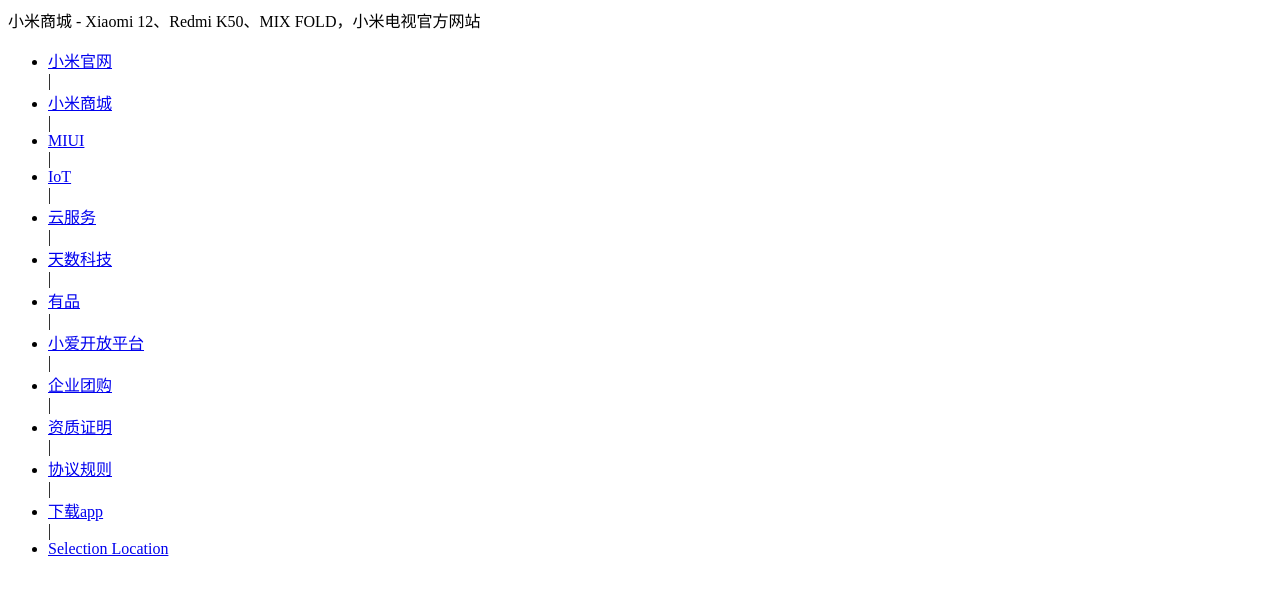
Repository: MonoYan/Mi-Homepage
Page: index.html
The author's editor kept a copy of each file at every save. The page is drawn from the files as they stood at one save, then again after a run of saves.
The browser window is 1280 px wide. The pictures show the whole page.

Above is the page before, as saved 2022-11-22 16:18:10.

After the next 2 saves:
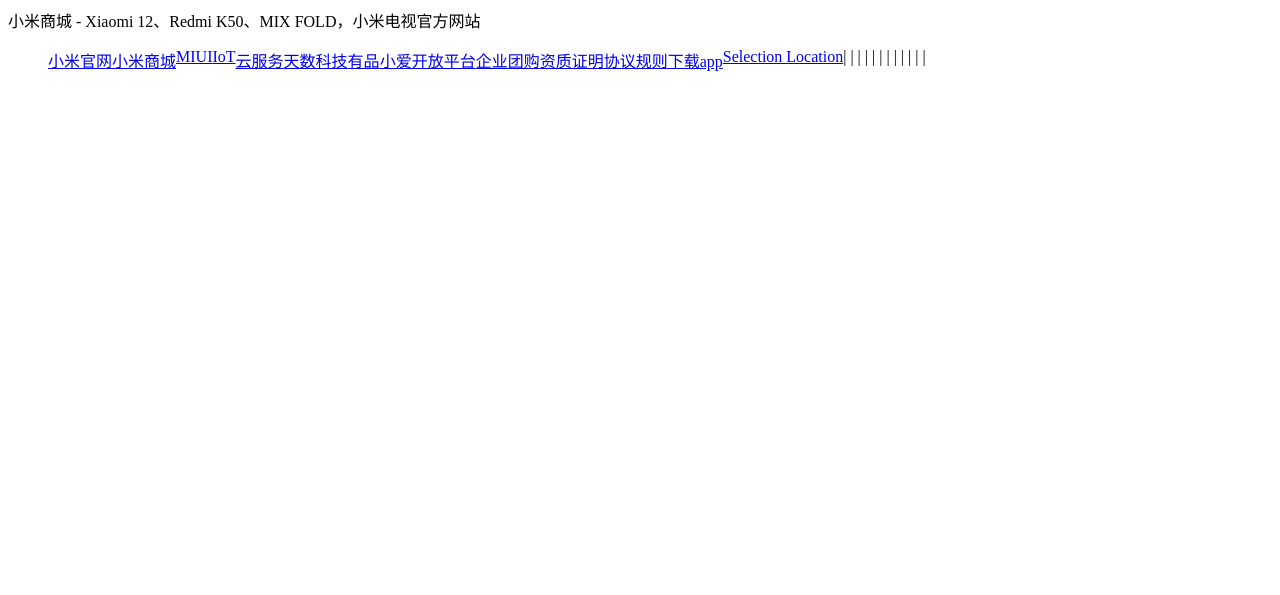
The 2 saves are shown as one change because they came seconds apart.
The last was saved 10 s later.
--- a/index.html
+++ b/index.html
@@ -4,7 +4,7 @@
     <meta charset="UTF-8">
     <meta http-equiv="X-UA-Compatible" content="IE=edge">
     <meta name="viewport" content="width=device-width, initial-scale=1.0">
-    <link rel="stylesheet"
+    <link rel="stylesheet" type="text/css" href="/css/style.css"
     <title>
         小米商城 - Xiaomi 12、Redmi K50、MIX FOLD，小米电视官方网站
     </title>
